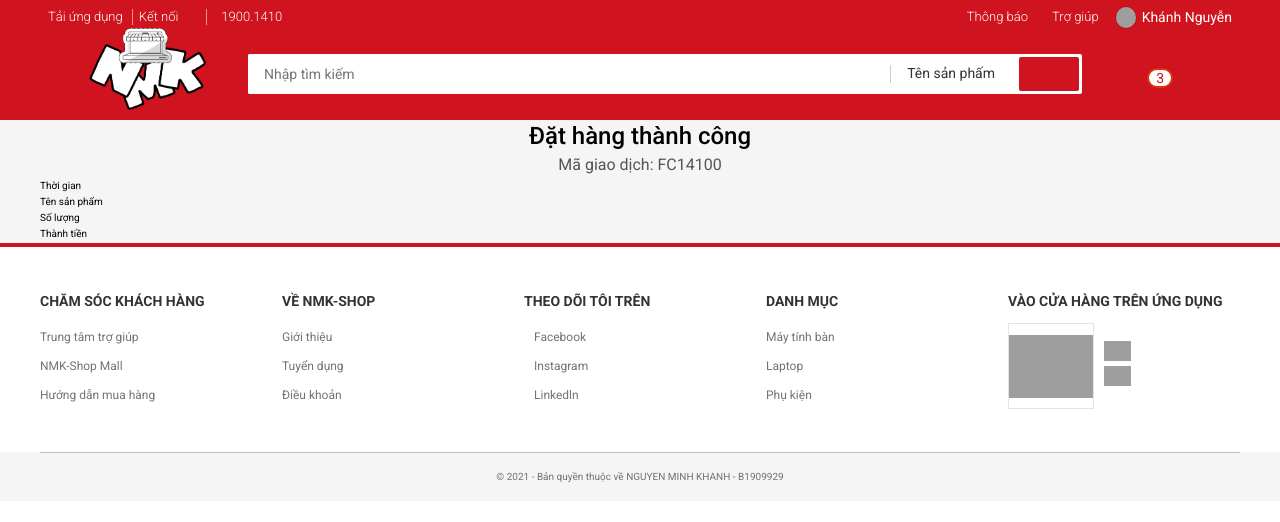
Repository: NguyenMinhKhanhB1909929/NMK-Shop
Page: orderedSuccess.html
The author's editor kept a copy of each file at every save. The page is drawn from the files as they stood at one save, then again after the next save.
The browser window is 1280 px wide. The pictures show the whole page.
Pictures or frames that could not be fetched are drawn as grey boxes. Some icons come from a web library that is not loaded, so they are not drawn.

Above is the page before, as saved 2021-12-04 15:59:33.
Console error: TypeError: Cannot set properties of null (setting 'onclick')

After the next save:
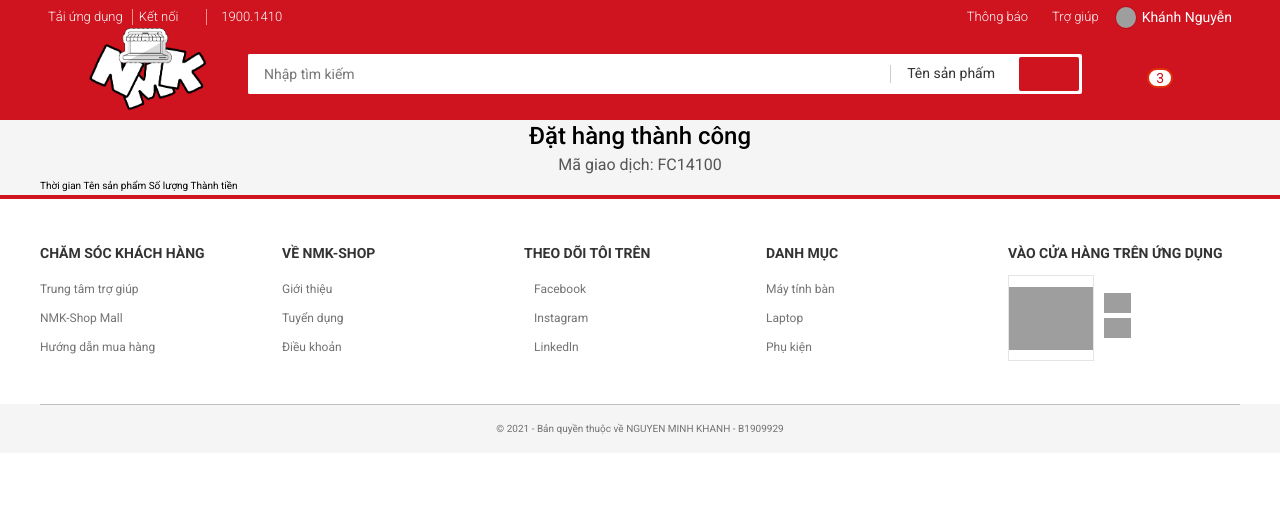
Saved 12 s later.
--- a/orderedSuccess.html
+++ b/orderedSuccess.html
@@ -377,9 +377,13 @@
           <div class="ordered__success-table">
             <div class="ordered__success-table-title">
               <span class="ordered__success-table-title-time">Thời gian</span>
-              <div class="ordered__success-table-title-name">Tên sản phẩm</div>
-              <div class="ordered__success-table-title-quantity">Số lượng</div>
-              <div class="ordered__success-table-title-price">Thành tiền</div>
+              <span class="ordered__success-table-title-name"
+                >Tên sản phẩm</span
+              >
+              <span class="ordered__success-table-title-quantity"
+                >Số lượng</span
+              >
+              <span class="ordered__success-table-title-price">Thành tiền</span>
             </div>
           </div>
         </div>
